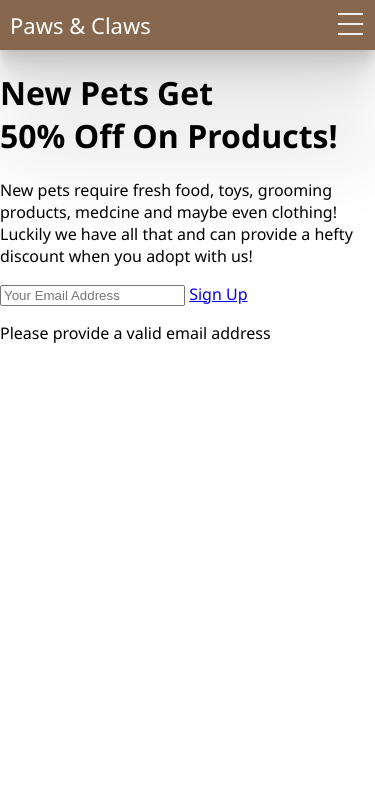
Repository: LtGriff/petProject
Page: dist/about.html
These files come from the project's save history. The page is drawn as it stood at one moment and after a run of saves; the edit follows.
The browser window is 375 px wide. The pictures show the whole page.
Backgrounds fixed to the window are drawn as part of the page.

Above is the page before, as saved 2022-05-19 06:59:49.

### dist/about.html
<!DOCTYPE html>
<html lang="en">
<head>
    <meta charset="UTF-8">
    <meta http-equiv="X-UA-Compatible" content="IE=edge">
    <meta name="viewport" content="width=device-width, initial-scale=1.0">
    <link rel="stylesheet" type="text/css" href="../CSS/about.css">
    <title>About the Animal House</title>
</head>
<body>
<!-------------NAV***************BAR----------------------->

    <div class="nav">
        <input type="checkbox" id="nav-check">
        <div class="nav-header">
          <div class="nav-title">
            Paws & Claws
          </div>
        </div>
        <div class="nav-btn">
          <label for="nav-check">
            <span></span>
            <span></span>
            <span></span>
          </label>
        </div>

        <div class="nav-links">
          <a href="index.html" target="">Home</a>
          <a href="shop.html" target="_blank">Shop</a>
          <a href="contact.html" target="_blank">Contact</a>
          <a href="giftcard.html" target="_blank">Gift Cards</a>
        </div>
      </div>

    <!-------------NAV*******BAR********END----------------------->


 <!------------------HEADER*******SECTION---------------------->


 <div class="dogfield"></div>

 <header id="header-section">
  <div class="header-text container">
      <h1>New Pets Get <br> 50%  Off On Products!</h1>
      <p>
         New pets require fresh food, toys, grooming products, medcine and maybe even clothing!<br> Luckily we have all that and can provide a hefty discount when you adopt with us!
      </p>
      <input id="userInput" type="email" placeholder="Your Email Address" required>
      <a class="cta" href="#">Sign Up</a>
      <p id="error">Please provide a valid email address</p>
  </div>
</header>










</body>
</html>

### dist/CSS/about.css
/** NAV BAR **/

* {
    box-sizing: border-box;
  }

  body {
    margin: 0px;
    font-family: 'segoe ui';
  }

  .nav {
    height: 50px;
    width: 100%;
    background-color: #87684e;

  /**
    opacity: .5;
    filter: alpha(opacity=50);
    position: relative;**/
    /* z-index: ; */


    box-shadow:
    0 2.8px 2.2px rgba(0, 0, 0, 0.034),
    0 6.7px 5.3px rgba(0, 0, 0, 0.048),
    0 12.5px 10px rgba(0, 0, 0, 0.06),
    0 22.3px 17.9px rgba(11, 4, 4, 0.072),
    0 41.8px 33.4px rgba(0, 0, 0, 0.086),
    0 100px 80px rgba(0, 0, 0, 0.12);
  }

  .nav > .nav-header {
    display: inline;
  }

  .nav > .nav-header > .nav-title {
    display: inline-block;
    font-size: 22px;
    color: #fff;
    padding: 10px 10px 10px 10px;
  }

  .nav > .nav-btn {
    display: none;
  }

  .nav > .nav-links {
    display: inline;
    float: right;
    z-index: 9;
    font-size: 18px;
  }

  .nav > .nav-links > a {
    display: inline-block;
    padding: 13px 10px 13px 10px;
    text-decoration: none;
    color: #efefef;
  }

  .nav > .nav-links > a:hover {
    background-color: rgba(0, 0, 0, 0.3);
  }

  .nav > #nav-check {
    display: none;
  }

  @media (max-width:600px) {
    .nav > .nav-btn {
      display: inline-block;
      position: absolute;
      right: 0px;
      top: 0px;
    }
    .nav > .nav-btn > label {
      display: inline-block;
      width: 50px;
      height: 50px;
      padding: 13px;
    }
    .nav > .nav-btn > label:hover,.nav  #nav-check:checked ~ .nav-btn > label {
      background-color: rgba(0, 0, 0, 0.3);
    }
    .nav > .nav-btn > label > span {
      display: block;
      width: 25px;
      height: 10px;
      border-top: 2px solid #eee;
    }
    .nav > .nav-links {
      position: absolute;
      display: block;
      width: 100%;
      background: rgb(234,212,189);
      background: linear-gradient(7deg, rgba(234,212,189,1) 0%, rgba(204,175,140,1) 24%, rgba(191,161,124,1) 64%, rgba(135,104,78,1) 98%);
      height: 0px;
      transition: all 0.3s ease-in;
      overflow-y: hidden;
      top: 50px;
      left: 0px;
    }
    .nav > .nav-links > a {
      display: block;
      width: 100%;
    }
    .nav > #nav-check:not(:checked) ~ .nav-links {
      height: 0px;
    }
    .nav > #nav-check:checked ~ .nav-links {
      height: calc(28vh - 50px);
      overflow-y: auto;
    }
  }

After the next 2 saves:
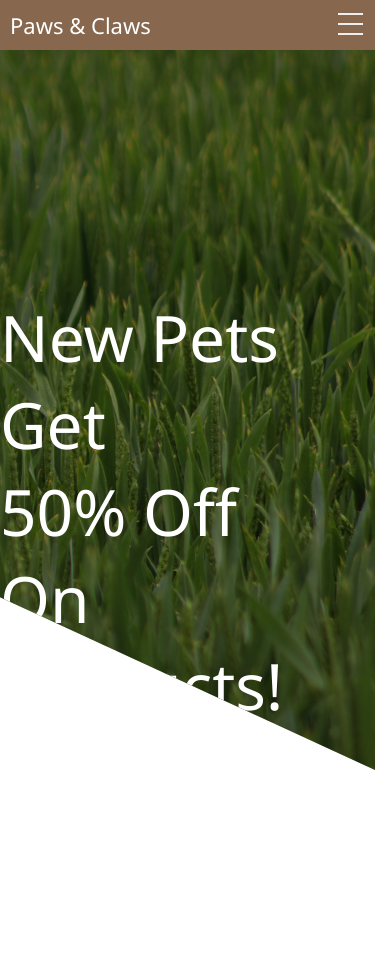
The 2 saves are shown as one change because they came seconds apart.
The last was saved 14 s later.
--- a/dist/CSS/about.css
+++ b/dist/CSS/about.css
@@ -112,4 +112,91 @@
       height: calc(28vh - 50px);
       overflow-y: auto;
     }
-  }
+
+
+
+#header-section{
+    height: 90vh;
+    background-image: linear-gradient(
+        to left bottom,
+        rgba(0, 0, 0, 0.4),
+        rgba(0, 0, 0, 0.5)),
+    url("../img/dogfield.jpg");
+    background-attachment: fixed;
+    background-size: cover;
+    background-position: bottom right;
+    position: relative;
+
+    clip-path: polygon(0% 0%,100% 0%,100% 100%,0% 76%);
+  }
+
+  .header-text {
+    position: absolute;
+    top: 28%;
+    right: 10%;
+    color: #ffffff;
+  }
+
+  .header-text h1 {
+    font-size: 4rem;
+    font-weight: 500;
+  }
+
+  .header-text p {
+    margin-bottom: 1rem;
+  }
+
+  #header-section input {
+    width: 225px;
+    height: 3.5rem;
+    border-radius: 0.4rem;
+    border: none;
+    padding: 0.5rem 3rem;
+  }
+
+  .cta {
+    background-color: #87684e;
+    padding: 0.8rem 4rem;
+    border-radius: 0.4rem;
+    color: #fff;
+    font-weight: 400;
+  }
+
+  .cta:hover {
+    transform: translateY(-3px);
+    box-shadow: 0 1rem 2rem rgba(0, 0, 0, .2);
+  }
+
+  .cta:active {
+    transform: translateY(-1px);
+    box-shadow: 0 .5rem 1rem rgba(0, 0, 0, .2);
+  }
+
+  .cta::after {
+    content: "";
+    display: inline-block;
+    height: 100%;
+    width: 100%;
+    border-radius: 10rem;
+    position: absolute;
+    top: 0;
+    left: 0;
+    z-index: -1;
+    transition: all .4s;
+  }
+
+  .cta:hover::after {
+    transform: scaleX(1.4) scaleY(1.6);
+    opacity: 0;
+  }
+
+  #error {
+    color: red;
+    font-weight: 600;
+    display: none;
+    margin-top: 1rem;
+    transition: all 0.5s ease-in;
+  }
+
+
+  }

After the 4 saves that followed:
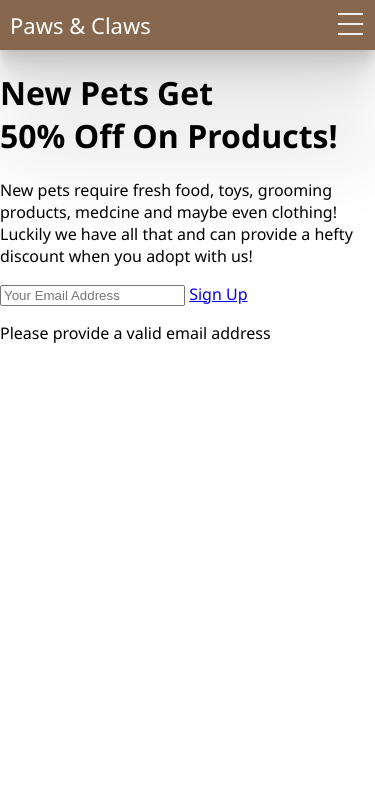
The 4 saves are shown as one change because they came seconds apart.
The last was saved 13 s later.
--- a/dist/CSS/about.css
+++ b/dist/CSS/about.css
@@ -113,7 +113,7 @@
       overflow-y: auto;
     }
 
-
+ /** HEADER
 
 #header-section{
     height: 90vh;
